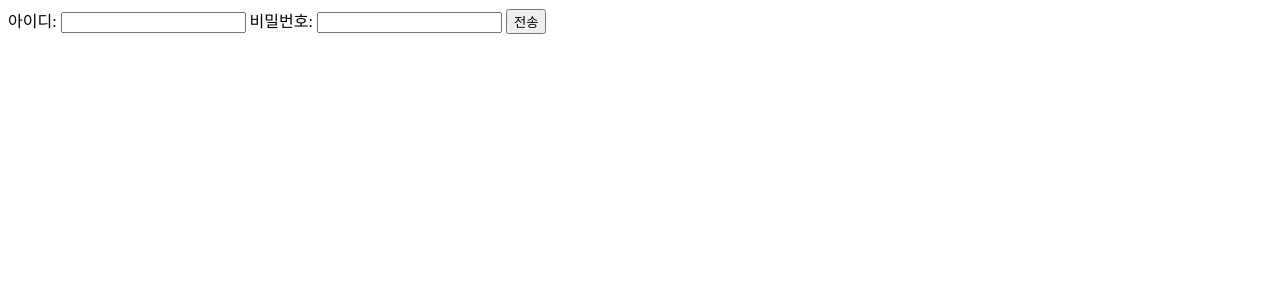
Repository: kimteayoung/spring
Page: http://localhost/spring_20211123_02/login
These files come from the project's save history. The page is drawn as it stood at one moment and after the next save; the edit follows.
The browser window is 1280 px wide. The pictures show the whole page.
The page is served by Tomcat 9.

Above is the page before, as saved 2021-11-23 06:58:44.

After the next save:
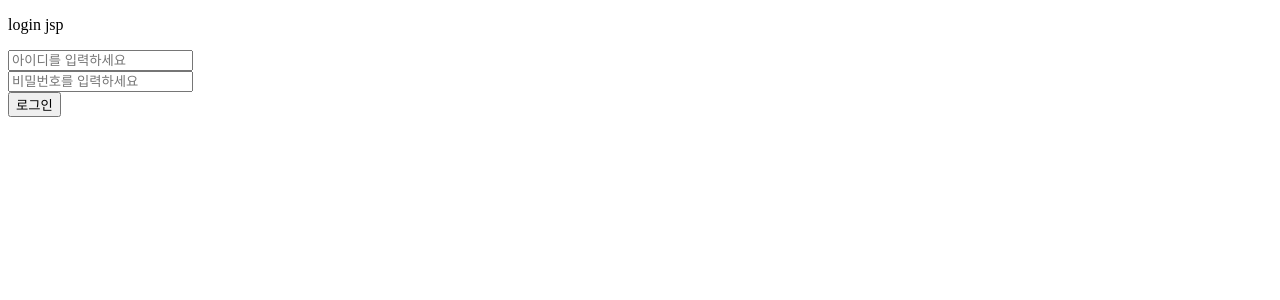
Saved 112 s later.
--- a/workspace-sts-3.9.18.RELEASE/spring_20211123_02/src/main/webapp/WEB-INF/views/login.jsp
+++ b/workspace-sts-3.9.18.RELEASE/spring_20211123_02/src/main/webapp/WEB-INF/views/login.jsp
@@ -12,10 +12,11 @@
 </style>
 </head>
 <body>
+<p>login jsp</p>
 <form action="login" method="post">
-        아이디: <input type="text" name="id">
-        비밀번호: <input type="text" name="password">
-        <input type="submit" value="전송">
+        <input type="text" name="id" placeholder="아이디를 입력하세요"><br>
+        <input type="text" name="password" placeholder="비밀번호를 입력하세요"><br>
+        <input type="submit" value="로그인">
     </form>
 </body>
 </html>
